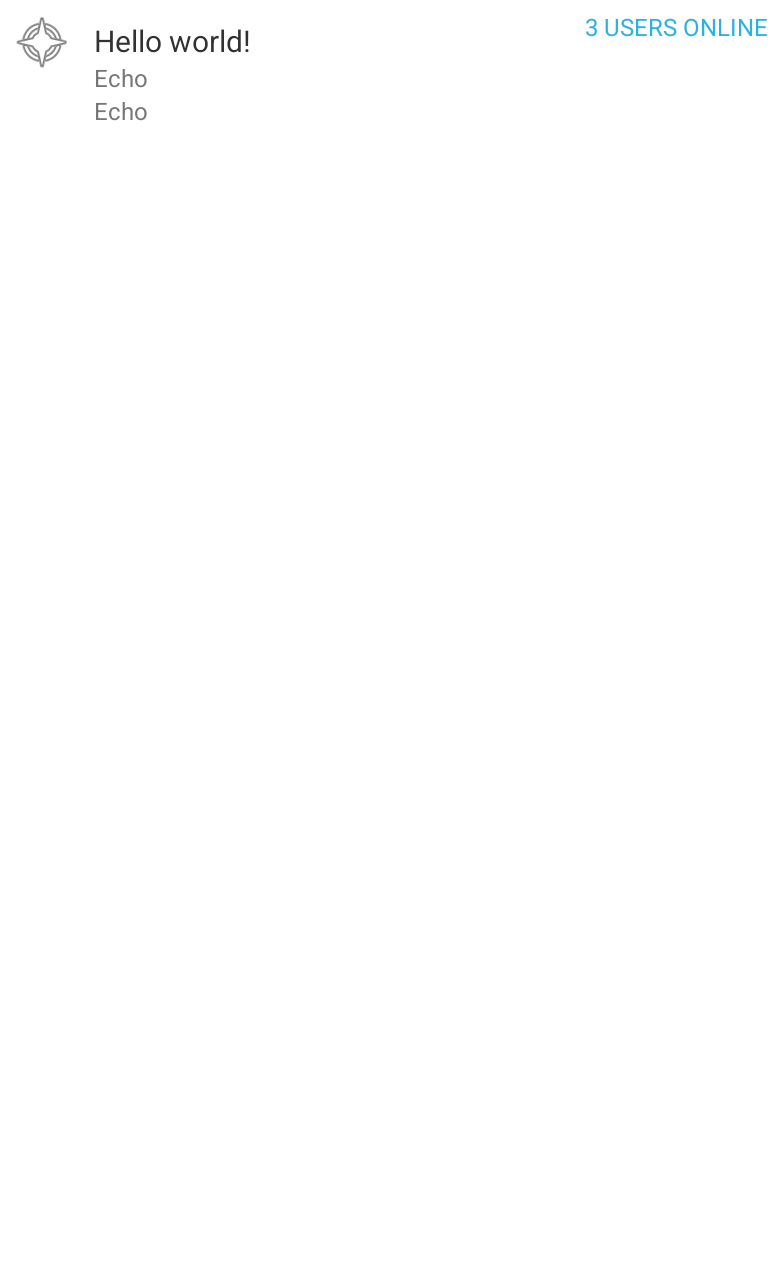
Repository: Team-Echo/CSTIB-Echo
Layout: EchoAndroid/res/layout/conv_list_row.xml
The author's editor kept a copy of each file at every save. The layout is drawn from the files as they stood at one save, then again after the next save.
It is drawn on a 768 x 1280 px phone screen (xhdpi) without system bars, with theme AppTheme; the app's code is not run.

Above is the layout before, as saved 2014-01-29 18:31:47.

### EchoAndroid/res/layout/conv_list_row.xml
<?xml version="1.0" encoding="utf-8"?>
<RelativeLayout xmlns:android="http://schemas.android.com/apk/res/android"
    android:layout_width="fill_parent"
    android:layout_height="match_parent" >

    <ImageView
        android:id="@+id/rowImage"
        android:layout_width="wrap_content"
        android:layout_height="wrap_content"
        android:layout_alignParentLeft="true"
        android:layout_alignParentTop="true"
        android:layout_margin="5dp"
        android:contentDescription="@string/app_name"
        android:src="@android:drawable/ic_menu_compass" />

    <TextView
        android:id="@+id/convNameRow"
        android:layout_width="wrap_content"
        android:layout_height="wrap_content"
        android:layout_alignTop="@+id/rowImage"
        android:layout_marginBottom="0dp"
        android:layout_marginLeft="5dp"
        android:layout_marginTop="5dp"
        android:layout_toLeftOf="@+id/convOnlineRow"
        android:layout_toRightOf="@+id/rowImage"
        android:ems="10"
        android:text="@string/hello_world"
        android:textSize="15sp" >

    </TextView>

    <TextView
        android:id="@+id/convUsersRow"
        android:layout_width="wrap_content"
        android:layout_height="wrap_content"
        android:layout_alignLeft="@+id/convNameRow"
        android:layout_alignRight="@+id/convNameRow"
        android:layout_below="@+id/convNameRow"
        android:layout_marginBottom="0dp"
        android:ems="10"
        android:text="@string/app_name"
        android:textSize="12sp"
        android:textColor="#777777" />

    <TextView
        android:id="@+id/convTagsRow"
        android:layout_width="wrap_content"
        android:layout_height="wrap_content"
        android:layout_alignLeft="@+id/convUsersRow"
        android:layout_alignRight="@+id/convUsersRow"
        android:layout_below="@+id/convUsersRow"
        android:layout_marginBottom="5dp"
        android:ems="10"
        android:text="@string/app_name"
        android:textSize="12sp"
        android:textColor="#777777" />

    <TextView
        android:id="@+id/convOnlineRow"
        android:layout_width="wrap_content"
        android:layout_height="wrap_content"
        android:layout_alignParentRight="true"
        android:layout_alignTop="@+id/rowImage"
        android:text="3 users online"
        android:textAllCaps="true"
        android:textColor="@color/midBlue"
        android:textSize="12sp" />

</RelativeLayout>

### EchoAndroid/res/values/strings.xml
<?xml version="1.0" encoding="utf-8"?>
<resources>

    <string name="app_name">Echo</string>
    <string name="action_settings">Settings</string>
    <string name="hello_world">Hello world!</string>
    <string name="username">Username</string>
    <string name="echoLogo">Echo Logo</string>
    <string name="login">Login</string>
    <string name="password">password</string>

</resources>

### EchoAndroid/res/values/colors.xml
<?xml version="1.0" encoding="utf-8"?>
<resources>
    <color name="background">#3f3f3f</color>
    <color name="textInputColor">#bfbfbf</color>
    <color name="buttonBackground">#0099cc</color>
    <color name="white">#ffffff</color>
    <color name="black">#000000</color>
    <color name="lightBlue">#e2f4fb</color>
    <color name="midBlue">#2cb1e1</color>

</resources>

Loaded but not shown: EchoAndroid/res/values/styles.xml (common file); EchoAndroid/res/values-v11/styles.xml (common file); EchoAndroid/res/values-v14/styles.xml (common file)

After the next save:
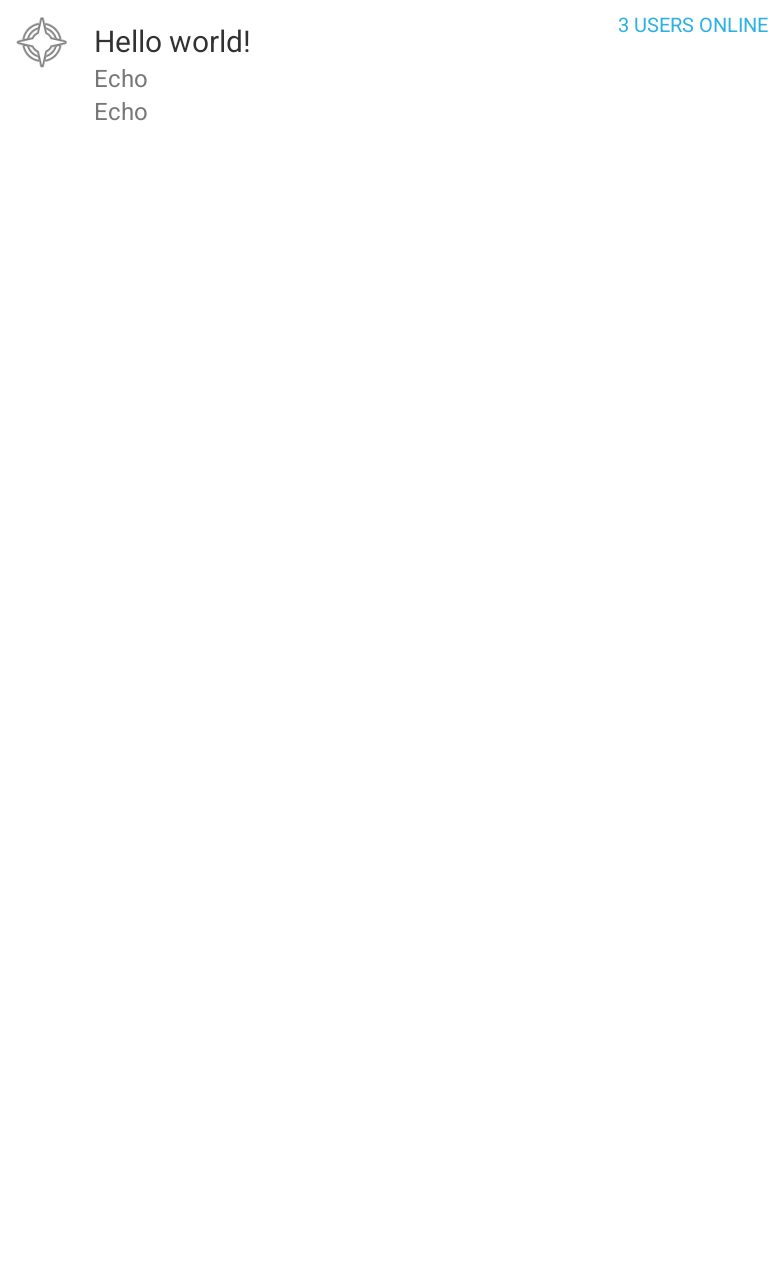
Saved 8 s later.
--- a/EchoAndroid/res/layout/conv_list_row.xml
+++ b/EchoAndroid/res/layout/conv_list_row.xml
@@ -64,6 +64,6 @@
         android:text="3 users online"
         android:textAllCaps="true"
         android:textColor="@color/midBlue"
-        android:textSize="12sp" />
+        android:textSize="10sp" />
 
 </RelativeLayout>
